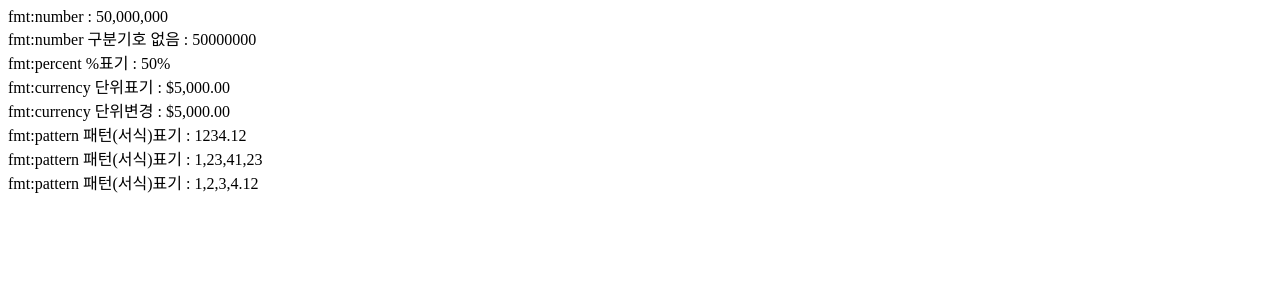
Repository: UnibusK/Java-Study
Page: http://localhost/JSP32/
The author's editor kept a copy of each file at every save. The page is drawn from the files as they stood at one save, then again after the next save.
The browser window is 1280 px wide. The pictures show the whole page.
The page is served by Tomcat 9.

Above is the page before, as saved 2023-12-07 07:27:54.

### JSP/JSP32/src/main/webapp/index.jsp
<%@ page language="java" contentType="text/html; charset=UTF-8"
    pageEncoding="UTF-8"%>
<%@ taglib uri="http://java.sun.com/jsp/jstl/core" prefix="c" %>
<%--포멧 태그 불러오기 --%>
<%@ taglib uri="http://java.sun.com/jsp/jstl/fmt" prefix="fmt" %>
<!DOCTYPE html>
<html>
	<head>
		<meta charset="UTF-8">
		<title>JSTL 포멧태그 사용</title>
	</head>
	<body>
		<c:set var="num" value="50000000" scope="page"></c:set>
		<%-- 표시만 문자가 섞여서 나오는 것일 뿐, 실제 데이터는 숫자 --%>
		fmt:number : <fmt:formatNumber value="${num }" type="number"></fmt:formatNumber><br>
		fmt:number 구분기호 없음 : <fmt:formatNumber value="${num }" type="number" groupingUsed="false"></fmt:formatNumber><br>
		fmt:percent %표기 : <fmt:formatNumber value="0.5" type="percent"></fmt:formatNumber><br>
		fmt:currency 단위표기 : <fmt:formatNumber value="5000" type="currency"></fmt:formatNumber><br>
		<%--한국데이터이기 때문에 \로 표시되기 때문에 내용을 $등 으로 바꿀 때 사용 --%>
		fmt:currency 단위변경 : <fmt:formatNumber value="5000" type="currency" currencySymbol="$"></fmt:formatNumber><br>
		<%-- 소수점 표시 #까지 반올림해서 표시 --%>
		<%-- 해당 자리숫자보다 작을 경우, #자리는 포함하지 않고 소수점 첫번째까지만 표현함 --%>
		<%-- 0.00으로 사용할 경우 해당 자릿수까지 표현 --%>
		fmt:pattern 패턴(서식)표기 : <fmt:formatNumber value="1234.123" pattern="0.0#"></fmt:formatNumber><br>
		fmt:pattern 패턴(서식)표기 : <fmt:formatNumber value="1234123" pattern="0,00"></fmt:formatNumber><br>
		fmt:pattern 패턴(서식)표기 : <fmt:formatNumber value="1234.123" pattern="0,0.0#"></fmt:formatNumber><br>
		<!-- 0.0# : .아래로 0이 붙은 자릿수까지 표현하며 #자리는 데이터가 있는 경우에만 표현한다. -->
		<!-- 0,00 : 정수부분 뒤에서 숫자 2자리마다 ,가 붙게되어 이것으로 구별한다는 의미-->
		<!-- 0,0.0# : 정수부분 한자리마다 ,를 붙이고, 소수부분 2째자리 수까지 표현, #자리에 데이터 없으면 생략 -->
	</body>
</html>

After the next save:
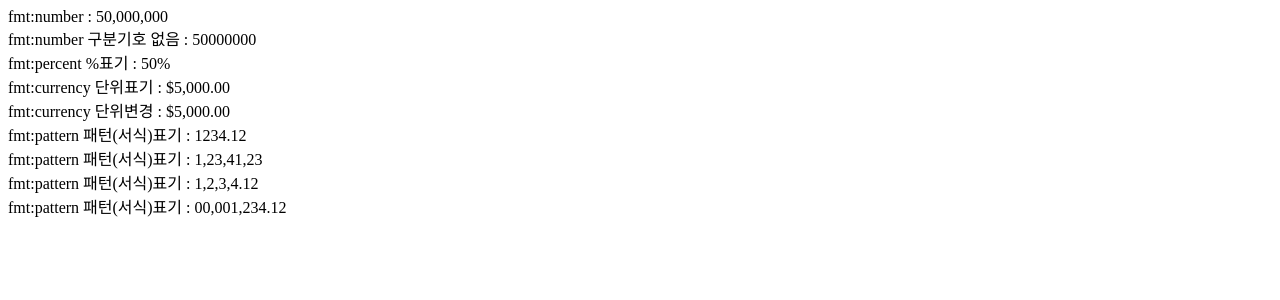
Saved 2 min 2 s later.
--- a/JSP/JSP32/src/main/webapp/index.jsp
+++ b/JSP/JSP32/src/main/webapp/index.jsp
@@ -24,6 +24,7 @@
 		fmt:pattern 패턴(서식)표기 : <fmt:formatNumber value="1234.123" pattern="0.0#"></fmt:formatNumber><br>
 		fmt:pattern 패턴(서식)표기 : <fmt:formatNumber value="1234123" pattern="0,00"></fmt:formatNumber><br>
 		fmt:pattern 패턴(서식)표기 : <fmt:formatNumber value="1234.123" pattern="0,0.0#"></fmt:formatNumber><br>
+		fmt:pattern 패턴(서식)표기 : <fmt:formatNumber value="1234.1234" pattern="00000,000.0#"></fmt:formatNumber><br>
 		<!-- 0.0# : .아래로 0이 붙은 자릿수까지 표현하며 #자리는 데이터가 있는 경우에만 표현한다. -->
 		<!-- 0,00 : 정수부분 뒤에서 숫자 2자리마다 ,가 붙게되어 이것으로 구별한다는 의미-->
 		<!-- 0,0.0# : 정수부분 한자리마다 ,를 붙이고, 소수부분 2째자리 수까지 표현, #자리에 데이터 없으면 생략 -->
